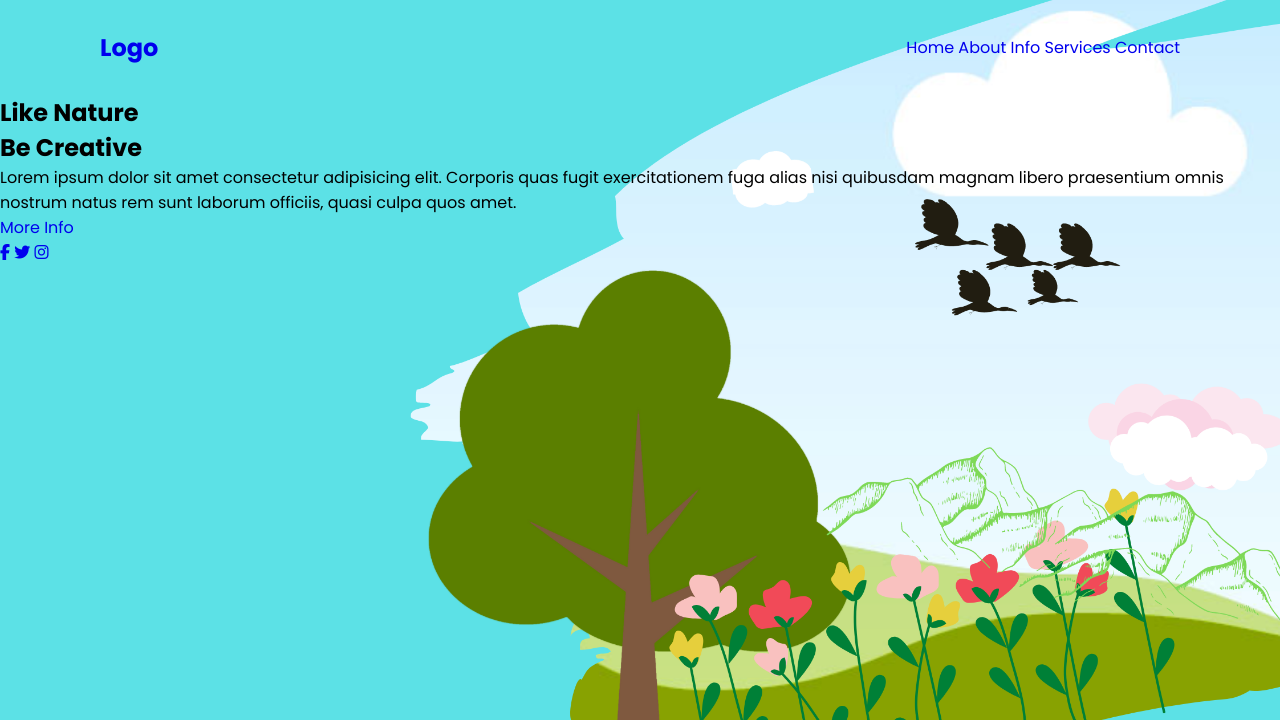
Repository: nganha241/CreativeNature
Page: index.html
The author's editor kept a copy of each file at every save. The page is drawn from the files as they stood at one save, then again after the next save.
The browser window is 1280 px wide. The pictures show the whole page.
Some web libraries are served in a nearby version.

Above is the page before, as saved 2022-06-18 08:20:39.

After the next save:
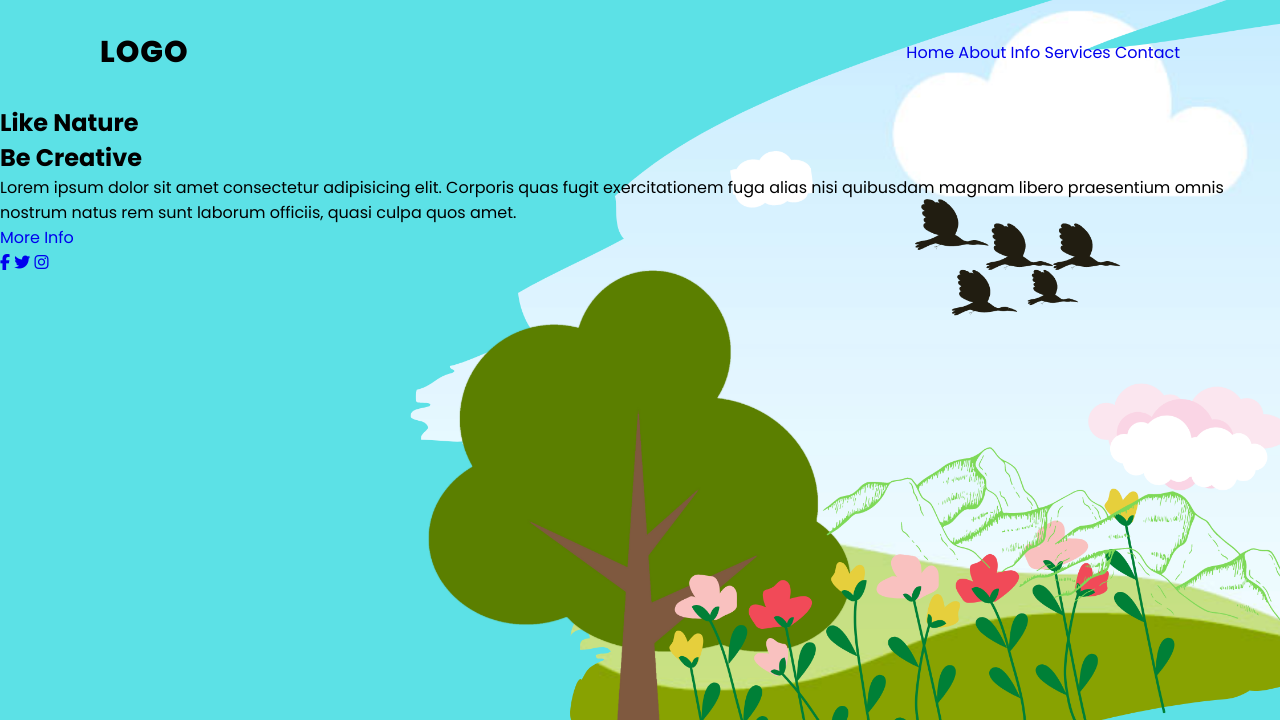
Saved 109 s later.
--- a/style.css
+++ b/style.css
@@ -32,3 +32,12 @@ header {
     justify-content: space-between;
     align-items: center;
 }
+
+header .logo {
+    position: relative;
+    color: #000;
+    font-size: 30px;
+    text-transform: uppercase;
+    font-weight: 800;
+    letter-spacing: 1px;
+}
